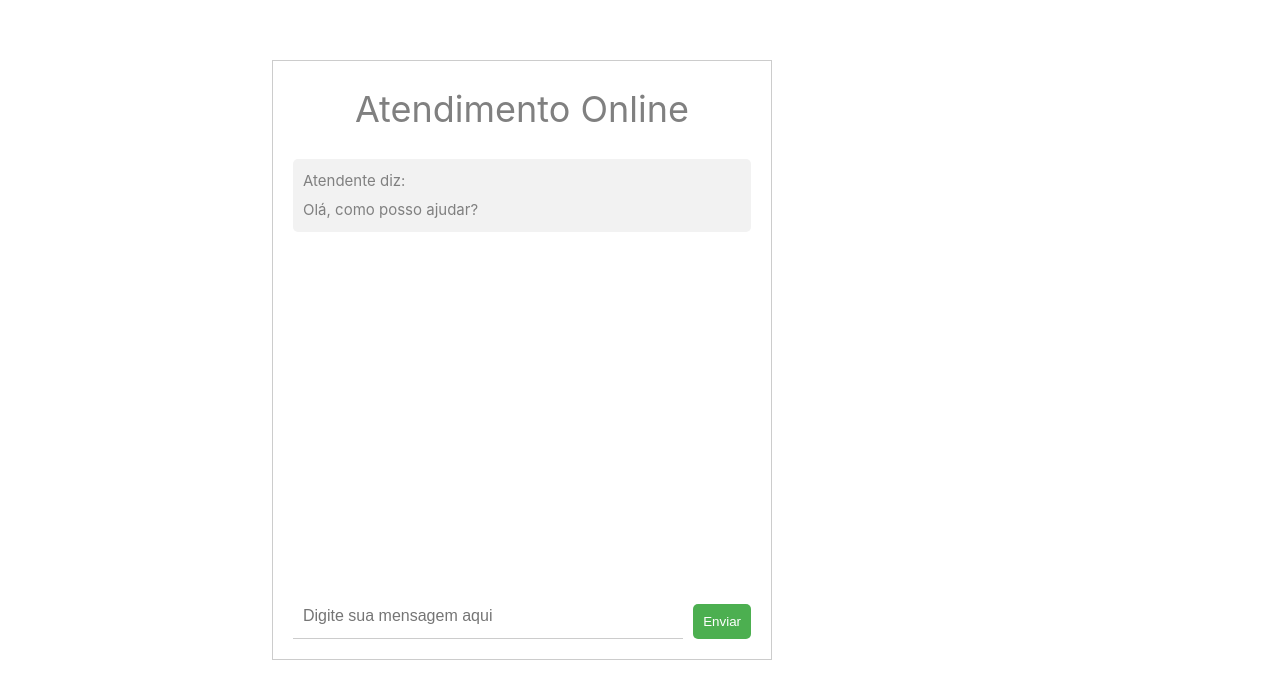
Repository: GabrielGuinzani/vueChat
Page: /
The author's editor kept a copy of each file at every save. The page is drawn from the files as they stood at one save, then again after the next save.
The browser window is 1280 px wide. The pictures show the whole page.
Some web libraries are served in a nearby version. The project was rebuilt for these pictures with package versions that can differ from the ones it lists, and the page was loaded fresh each time. Also part of the build but not shown: vite.config.js.

Above is the page before, as saved 2023-04-18 21:20:51.

After the next save:
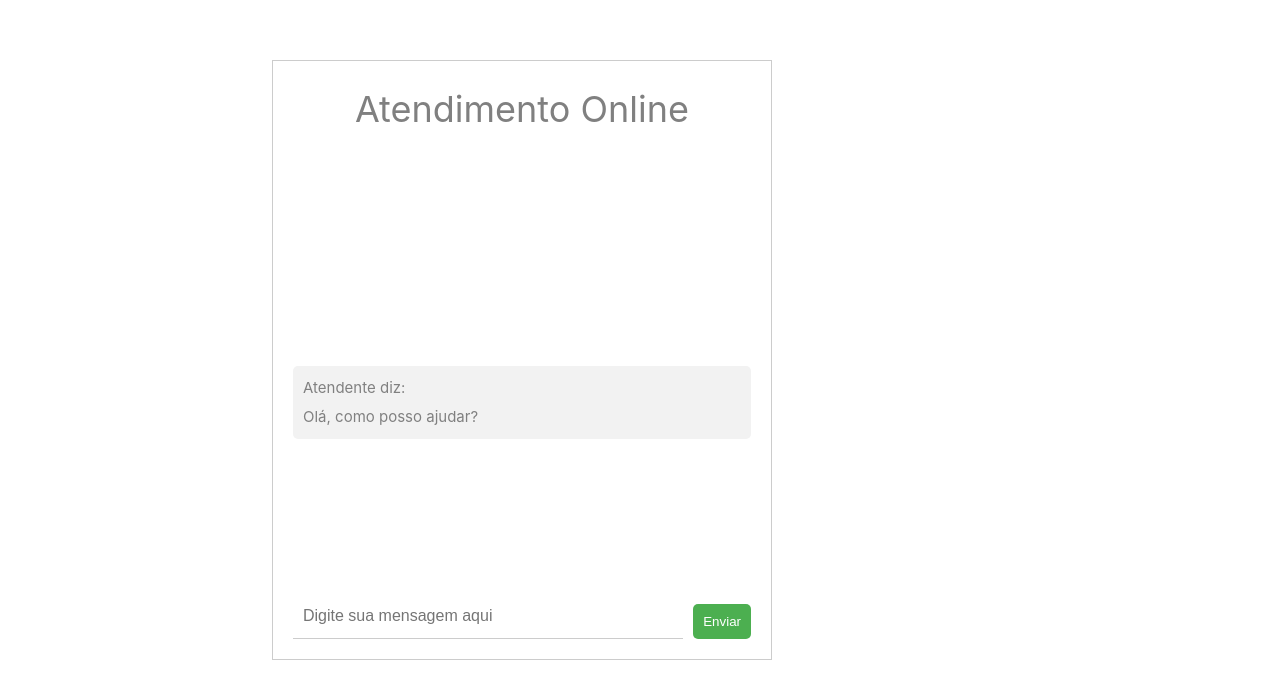
Saved 29 s later.
--- a/src/App.vue
+++ b/src/App.vue
@@ -53,16 +53,16 @@ header {
       <h2>Atendimento Online</h2>
     </div>
     <div class="messages-list" id="conversa">
-    <div class="message-item">
-      <div class="msg-user"><strong>Atendente diz:</strong></div>
-      <div class="msg-chat">Olá, como posso ajudar?</div>
-    </div>
   </div>
     <div class="messages-list" ref="messagesList">
       <div v-for="(message, index) in messages" :key="index" :class="[message.type === 'user' ? 'message-item2' : 'message-item']">
         <div class="msg-user" v-if="message.type === 'user'"><strong>{{ message.author }} diz:</strong></div>
         <div class="msg-chat">{{ message.text }}</div>
       </div>
+      <div class="message-item">
+      <div class="msg-user"><strong>Atendente diz:</strong></div>
+      <div class="msg-chat">Olá, como posso ajudar?</div>
+    </div>
     </div>
     <form id="form-chat-send" @submit.prevent="sendMessage">
       <input id="message" type="text" class="typebar" v-model="messageText" placeholder="Digite sua mensagem aqui">
